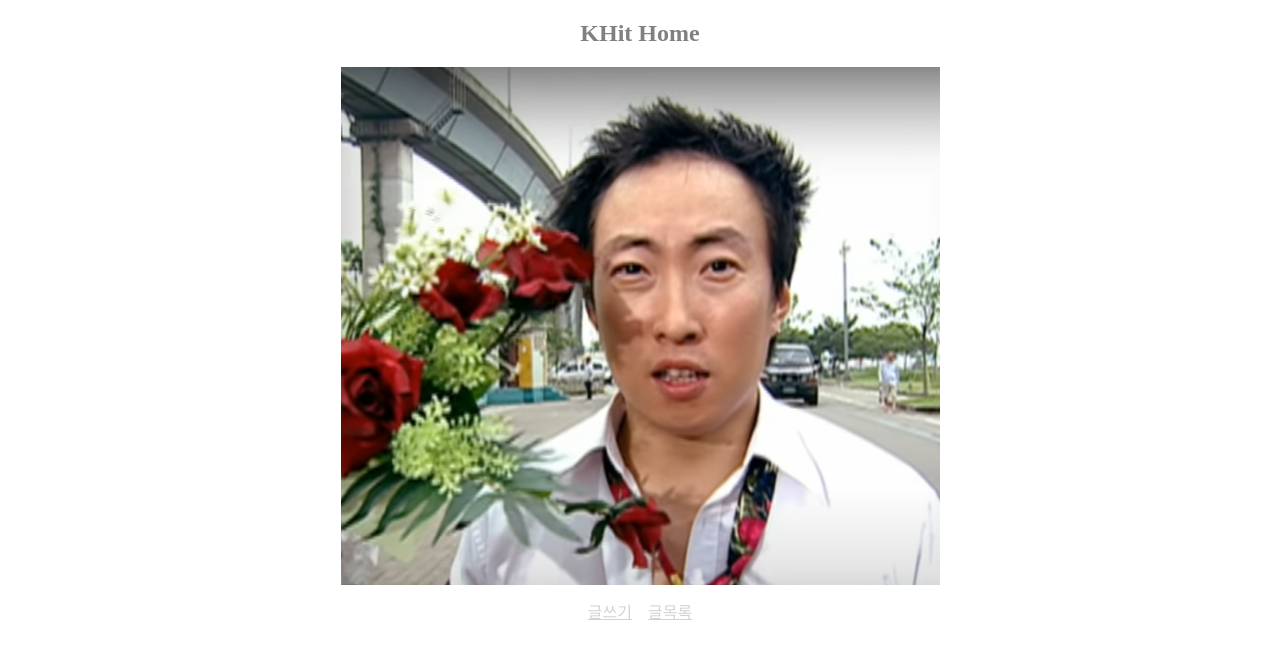
Repository: kimheerin/springWorks
Page: http://localhost/SpringBoard-jdbc/
These files come from the project's save history. The page is drawn as it stood at one moment and after the next save; the edit follows.
The browser window is 1280 px wide. The pictures show the whole page.
The page is served by Tomcat 9. Other server files are loaded and not shown.

Above is the page before, as saved 2023-12-28 01:06:10.

### SpringBoard-jdbc/src/main/webapp/WEB-INF/views/index.jsp
<%@ page language="java" contentType="text/html; charset=UTF-8"
    pageEncoding="UTF-8"%>
<!DOCTYPE html>
<html>
<head>
<meta charset="UTF-8">
<title>인덱스 페이지</title>
<link rel="stylesheet" href="/resources/css/style.css">
</head>
<body>
   <div id="content">
      <h2>KHit Home</h2>
      <div class=main-pic>
         <img src="/resources/images/순정명수.png" alt="순정명수">
      </div>
      <div class="menu">
      	<a href="/board/write">글쓰기</a>&nbsp;&nbsp;&nbsp;
      	<a href="/board/list">글목록</a>
      </div>
   </div>
</body>
</html>

### SpringBoard-jdbc/src/main/webapp/resources/css/style.css
@charset "UTF-8";

#content{width:1000px; margin:0 auto;}
h2{color:grey; text-align:center;}
.main-pic{text-align:center;}
.menu{text-align: center; margin: 10px;}
a{color: lightgrey;}

After the next save:
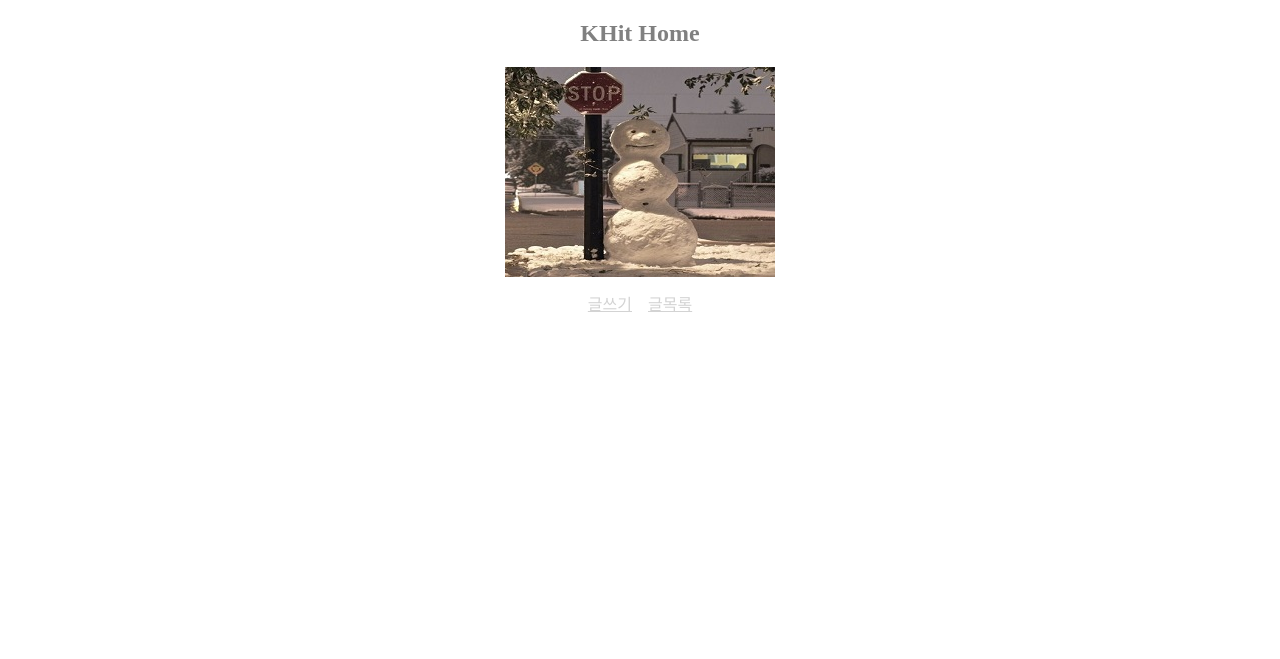
Saved 71 s later.
--- a/SpringBoard-jdbc/src/main/webapp/WEB-INF/views/index.jsp
+++ b/SpringBoard-jdbc/src/main/webapp/WEB-INF/views/index.jsp
@@ -11,7 +11,7 @@
    <div id="content">
       <h2>KHit Home</h2>
       <div class=main-pic>
-         <img src="/resources/images/순정명수.png" alt="순정명수">
+         <img src="/resources/images/snow.jpg" alt="순정명수">
       </div>
       <div class="menu">
       	<a href="/board/write">글쓰기</a>&nbsp;&nbsp;&nbsp;
